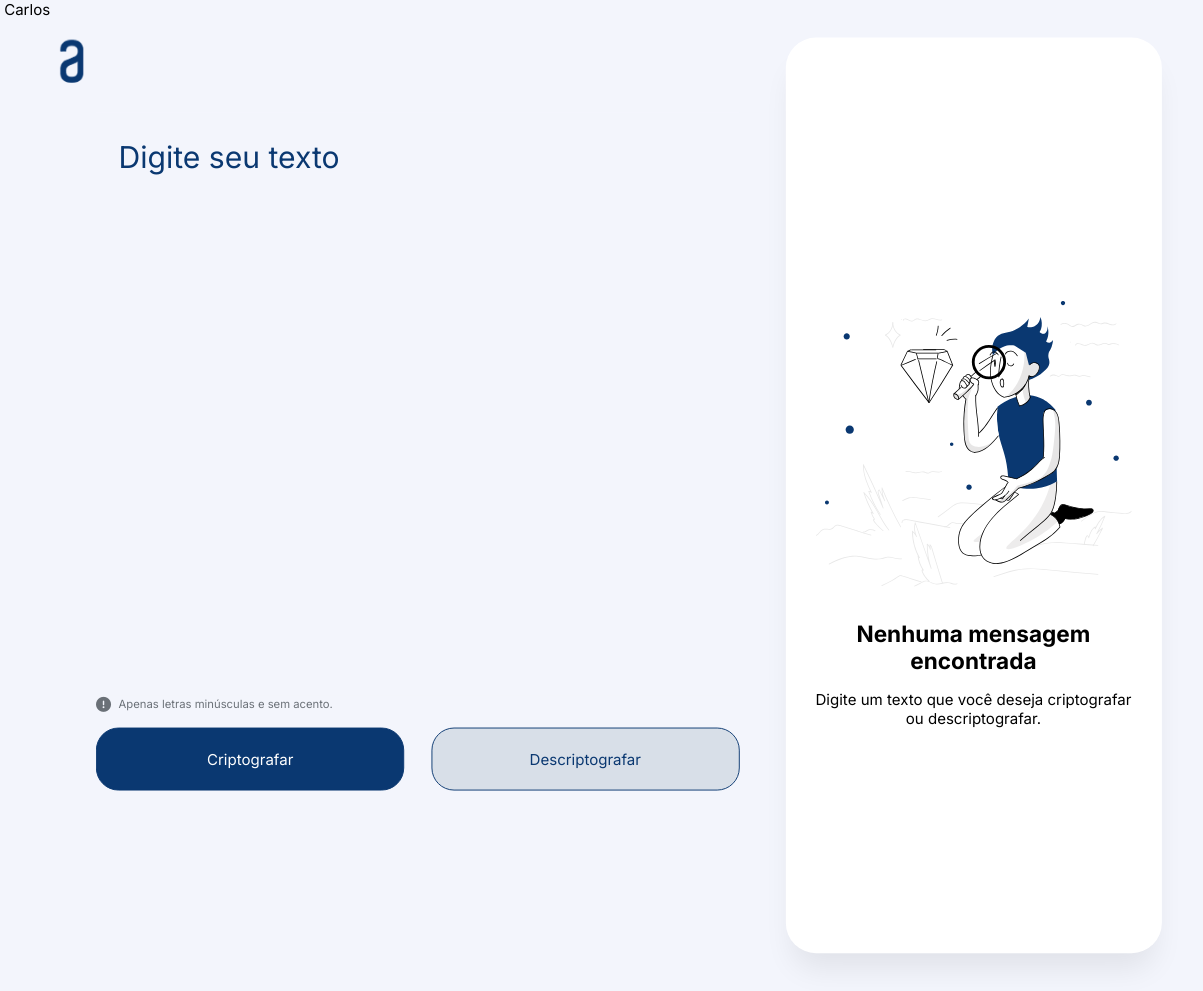
Repository: CarlosEduardoVdeOliveira/descodificador-de-texto
Page: index.html
The author's editor kept a copy of each file at every save. The page is drawn from the files as they stood at one save, then again after the next save.
The browser window is 1280 px wide. The pictures show the whole page, at 94% of full size.

Above is the page before, as saved 2023-04-14 15:00:28.

After the next save:
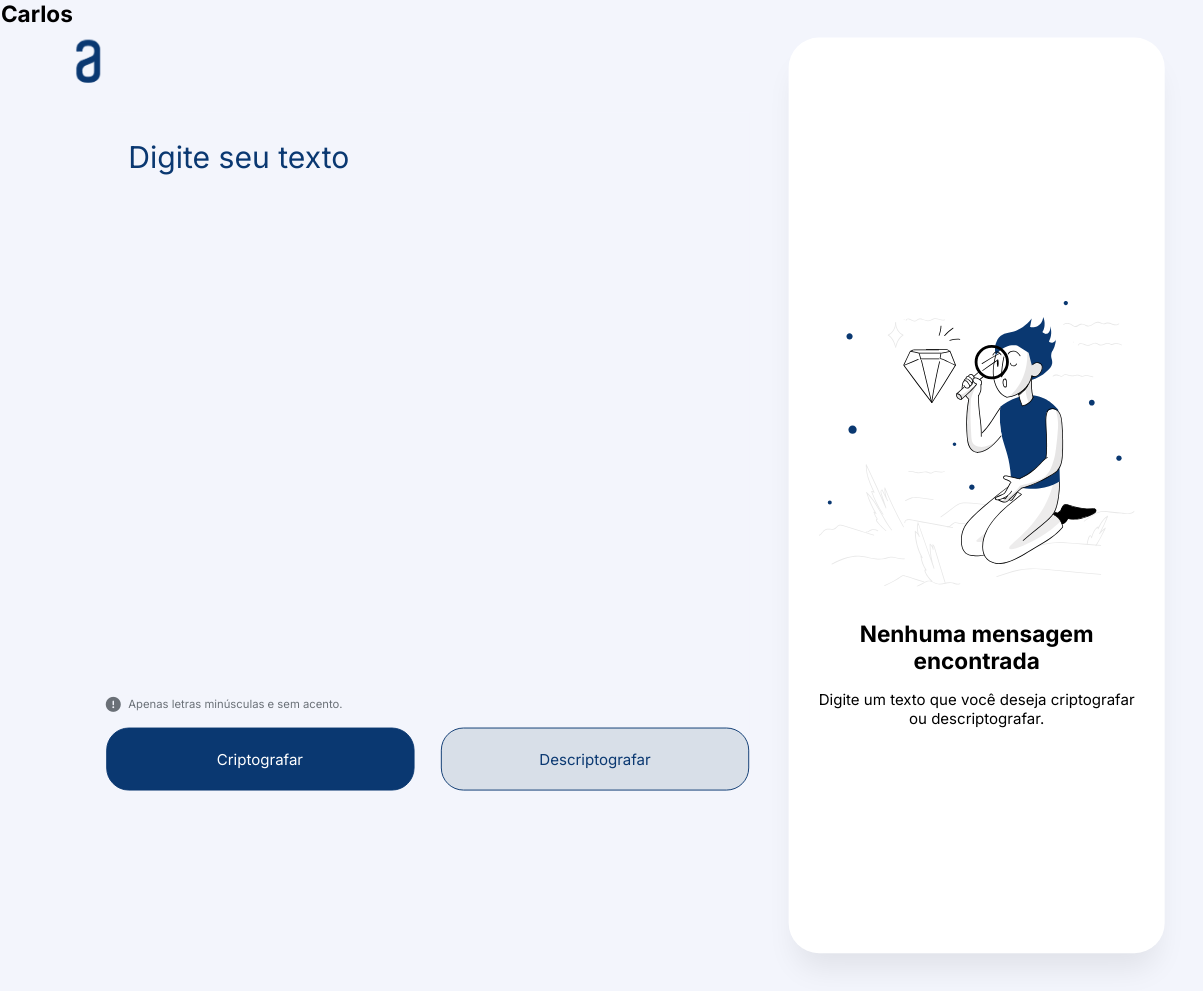
Saved 105 s later.
--- a/src/styles/index.css
+++ b/src/styles/index.css
@@ -119,3 +119,11 @@ textarea.textarea-output{
 .button-copy-cryption:hover{
    background-color: var(--light-blue-200);
 }
+
+
+
+#test{
+   font-size: 24px;
+   font-weight: bold;
+   text-shadow: 2px 2px #00FF00, 3px 3px #FF0000 4px 4px #0000FF;
+}
